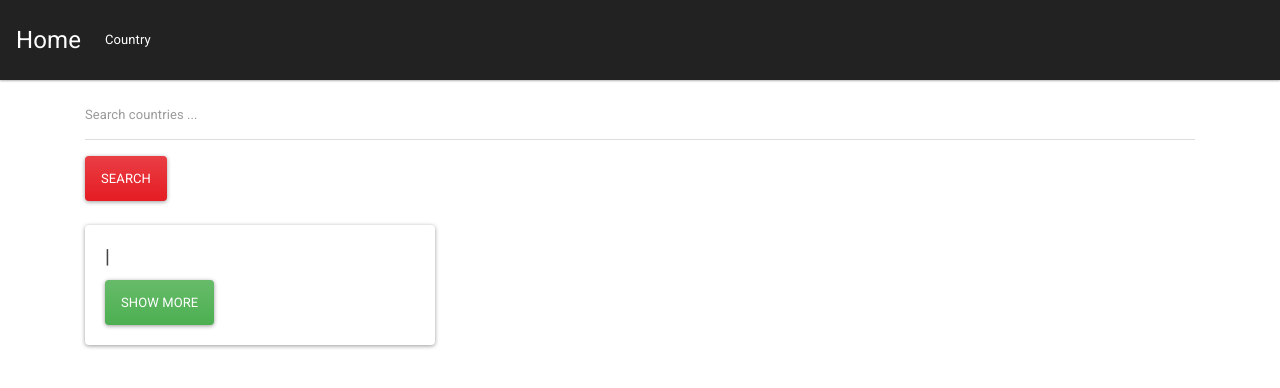
Repository: abdelhak-f/Countries_React
Page: / (app in client/)
These files come from the project's save history. The page is drawn as it stood at one moment and after the next save; the edit follows.
The browser window is 1280 px wide. The pictures show the whole page.
The page's requests for data from a server got no answer. The project was rebuilt for these pictures with package versions that can differ from the ones it lists, and the page was loaded fresh each time. No one was signed in, and anything a server would have sent is missing. Also part of the build but not shown: client/src/components/countrys/ProfilCountry.jsx.

Above is the page before, as saved 2021-05-11 11:56:36.

### client/src/App.js
import  React from 'react';
import './App.css';
import Countries from  './components/AllCountries';
import  Navbar from './components/partials/Navbar';
import ProfileCountry from './components/countrys/ProfilCountry'
import { BrowserRouter as Router, Switch, Route} from 'react-router-dom';

function App() {
  return (
    <Router>
    <div className="App">
      <Navbar />
      <div className="container">
      <Switch>
       <Route exact path="/" component={Countries} />
       <Route path="/" component={ProfileCountry}/>
      {/* <ProfileCountry/>
      <Countries /> */}
    </Switch>
      </div>
    </div>
    </Router>
  );
}

export default App;

### client/src/components/AllCountries.jsx
import React, { Component } from 'react';
import  Country  from  './countrys/Country';
import SearchCountry from './countrys/SearchCountry';
import axios from 'axios';

class AllCountries extends Component  {

    constructor(props) {
        super(props)

        this.state = {
             countries: [
                 {

                 }
             ]
        }
    }
    getCountry = () => {
        axios.get(`https://restcountries.eu/rest/v2/all`)
                       .then(response => {
                           this.setState({
                            countries: response.data
                           })
                       })
    }
    componentDidMount() {
        this.getCountry()
    }
    searchCountry =( data) => {
         if(data != ''){
              axios.get(`https://restcountries.eu/rest/v2=${data}`)
              .then(response => {
                this.setState({
                  countries: response.data.items

                })
              })
         }
    }

  render() {
    return (
      <div>
          <div className="row   my-2">
              <div className="col-md-12">
       <SearchCountry getCountrySearch={this.searchCountry} />
              </div>
          </div>
          <div className="row">
        {this.state.countries.map (country => (
            <div className="col-md-4 mt-3 key={name.id}">
              <Country  country={country} />
               </div>
        ))}
        </div>
      </div>
    )
  }
}

export default AllCountries

### client/src/components/partials/Navbar.jsx
import React from 'react';
import { Link } from 'react-router-dom';

export default function Navbar() {
  return (
    <>
    <nav className="navbar navbar-expand-sm navbar-dark bg-dark">
        <Link className="navbar-brand" to="/">Home</Link>
        <button className="navbar-toggler d-lg-none" type="button" data-toggle="collapse" data-target="#collapsibleNavId" aria-controls="collapsibleNavId"
            aria-expanded="false" aria-label="Toggle navigation">
            <span className="navbar-toggler-icon"></span>
        </button>
        <div className="collapse navbar-collapse" id="collapsibleNavId">
            <ul className="navbar-nav mr-auto mt-2 mt-lg-0">
                <li className="nav-item active">
                    <a className="nav-link" href="#">Country <span className="sr-only">(current)</span></a>
                </li>
            </ul>

        </div>
    </nav>
    </>
  );
}

### client/src/components/countrys/Country.jsx
import React, { Component } from 'react';
import { Link } from 'react-router-dom';


  class Country extends Component{
    constructor(props) {
      super(props);
      this.state = {};
      console.log(props.data);
    }

  render() {
    return (
      <>
         <div className="card">
                   <img className="card-img-top" src= {this.props.country.flag}  alt="" />
                   <div className="card-body">
                   <h4 className="card-title">{this.props.country.alpha2Code} | {this.props.country.alpha3Code}</h4>
                       <p className="card-text">

                           <Link to={'/ProfilCountry/' +this.props.country.name} className="btn btn-success">show more</Link>

                           {/* <a href={this.props.country.regionalBlocs} className="btn btn-success ">profile</a> */}
                       </p>
                   </div>
                   </div>
      </>
    )
    }
  }


export default Country ;

### client/src/components/countrys/SearchCountry.jsx
import React, { Component } from 'react'

class SearchCountry extends Component {
    state = {
        search : ''
    }
    handleForm  = (e) => {
        this.setState({
            search:e.target.value
        })
    }

    searchCountries= (e) => {
        e.preventDefault();
        this.props.getCountrySearch(this.state.search)
    }
  render() {
      const {search} = this.state;
    return (

        <form onSubmit={this.searchCountries}>
            <div className="form-group ">
                <input onChange={this.handleForm} value={search} placeholder='Search countries ...' id="search" type="text" className="form-control"/>
                </div>
                {/* {search} */}
                <button className="btn btn-danger">Search</button>
        </form>

    )
  }
}

export default SearchCountry

Loaded but not shown: client/public/index.html (common file); client/src/index.js (common file); client/src/App.css (library)

After the next save:
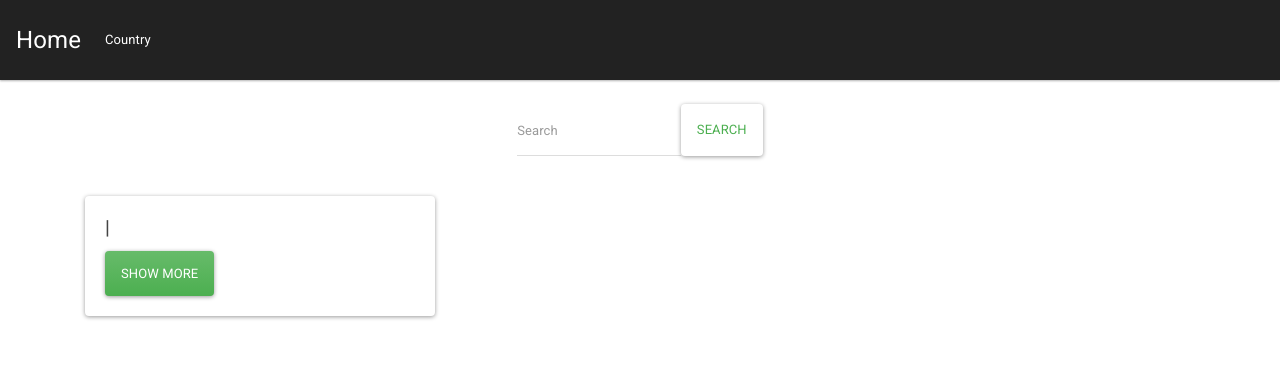
Saved 19 min 11 s later.
--- a/client/src/components/countrys/SearchCountry.jsx
+++ b/client/src/components/countrys/SearchCountry.jsx
@@ -1,33 +1,98 @@
-import React, { Component } from 'react'
+// import React, { Component } from 'react'
 
-class SearchCountry extends Component {
-    state = {
-        search : ''
-    }
-    handleForm  = (e) => {
-        this.setState({
-            search:e.target.value
+// class SearchCountry extends Component {
+//     state = {
+//         search : ''
+//     }
+//     handleForm  = (e) => {
+//         this.setState({
+//             search:e.target.value
+//         })
+//     }
+
+//     searchCountries= (e) => {
+//         e.preventDefault();
+//         this.props.getCountrySearch(this.state.search)
+//     }
+//   render() {
+//       const {search} = this.state;
+//     return (
+
+//         <form onSubmit={this.searchCountries}>
+//             <div className="form-group ">
+//                 <input onChange={this.handleForm} value={search} placeholder='Search countries ...' id="search" type="text" className="form-control"/>
+//                 </div>
+//                 {/* {search} */}
+//                 <button className="btn btn-danger">Search</button>
+//         </form>
+
+//     )
+//   }
+// }
+
+// export default SearchCountry
+
+/* eslint-disable array-callback-return */
+/* eslint-disable react-hooks/exhaustive-deps */
+
+import { Link } from 'react-router-dom';
+import React, { useState, useEffect } from 'react';
+
+const Codes = ({ alpha3Code, alpha2Code, flag, name}) => {
+
+    const [Data, setData] = useState([])
+    const [input, setInput] = useState('')
+    const [output, setOutput] = useState([])
+
+    // get data
+    useEffect(() => {
+        fetch('https://restcountries.eu/rest/v2/all')
+            .then(res => res.json())
+            .then(data => setData(data));
+    }, [])
+
+    // filter data
+
+    useEffect(() => {
+        setOutput([])
+        Data.filter(val => {
+            if (val.alpha3Code.toUpperCase().includes(input.toUpperCase())) {
+                setOutput(output => [...output, val])
+            }
         })
-    }
 
-    searchCountries= (e) => {
-        e.preventDefault();
-        this.props.getCountrySearch(this.state.search)
-    }
-  render() {
-      const {search} = this.state;
+    }, [input]);
+
     return (
+        <div>
+            <div className="container-fluid w-25 p-3">
+                <form className="d-flex">
+                    <input onChange={e => setInput(e.target.value)} className="form-control me-2" type="search" placeholder="Search" aria-label="Search" />
+                    <button className="btn btn-outline-success" type="submit">Search</button>
+                </form>
+            </div>
 
-        <form onSubmit={this.searchCountries}>
-            <div className="form-group ">
-                <input onChange={this.handleForm} value={search} placeholder='Search countries ...' id="search" type="text" className="form-control"/>
-                </div>
-                {/* {search} */}
-                <button className="btn btn-danger">Search</button>
-        </form>
+            <div className="container countries">
+                {Codes && output.map((res, index) => (
+                    <>
+                        <div key={index} className='country'>
+                            <div className="country-image">
+                                <img src={res.flag} alt="flag" />
+                            </div>
+                             <div className='country-detail'>
+                                <p>{res.alpha3Code} </p>
+                                <p>{res.alpha2Code}</p>
+                                <Link to={`/ShowCoun/${res.name}`}>
+                                    <button className="btn btn-primary">show more</button>
+                                </Link>
 
-    )
-  }
+                            </div>
+                        </div>
+                    </>
+                ))}
+            </div>
+        </div>
+    );
 }
 
-export default SearchCountry
+export default Codes;
